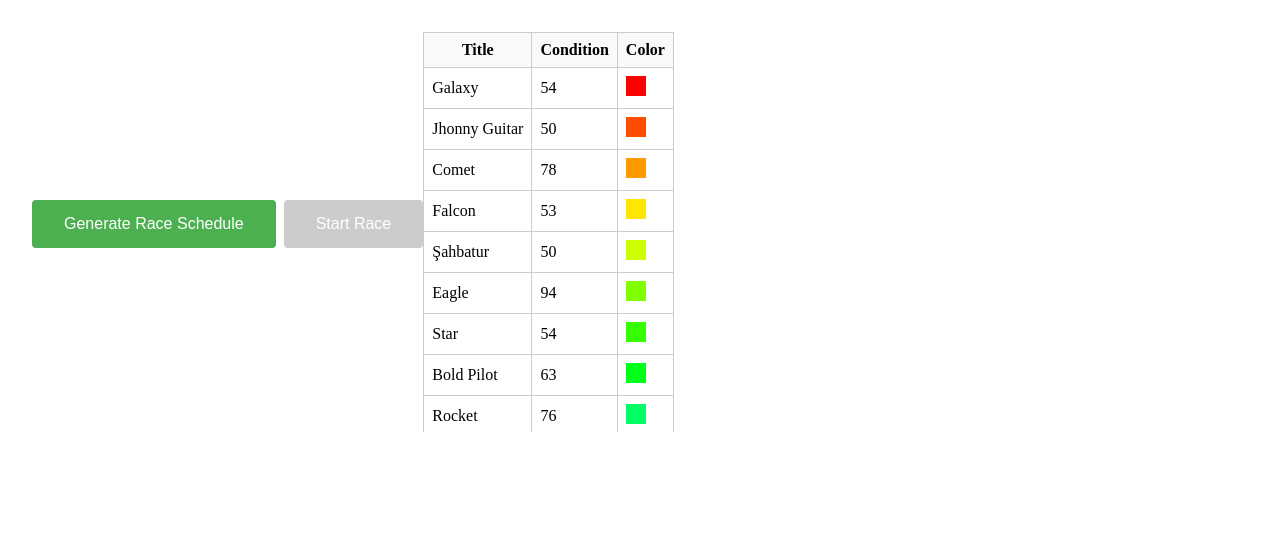
Repository: akinankarali/horse-racing-game
Page: /
An editor plug-in stored every save of this project. The page is shown before and after the next save, followed by the edit.
The browser window is 1280 px wide. The pictures show the whole page.
The project was rebuilt for these pictures with package versions that can differ from the ones it lists, and the page was loaded fresh each time. The framework's server and built-in components were replaced by stand-ins that run in the browser. Also part of the build but not shown: nuxt.config.ts, components/Results.vue. Imported but missing from the stored project, and not drawn on this page: store/setting.

Above is the page before, as saved 2024-06-09 21:14:08.

After the next save:
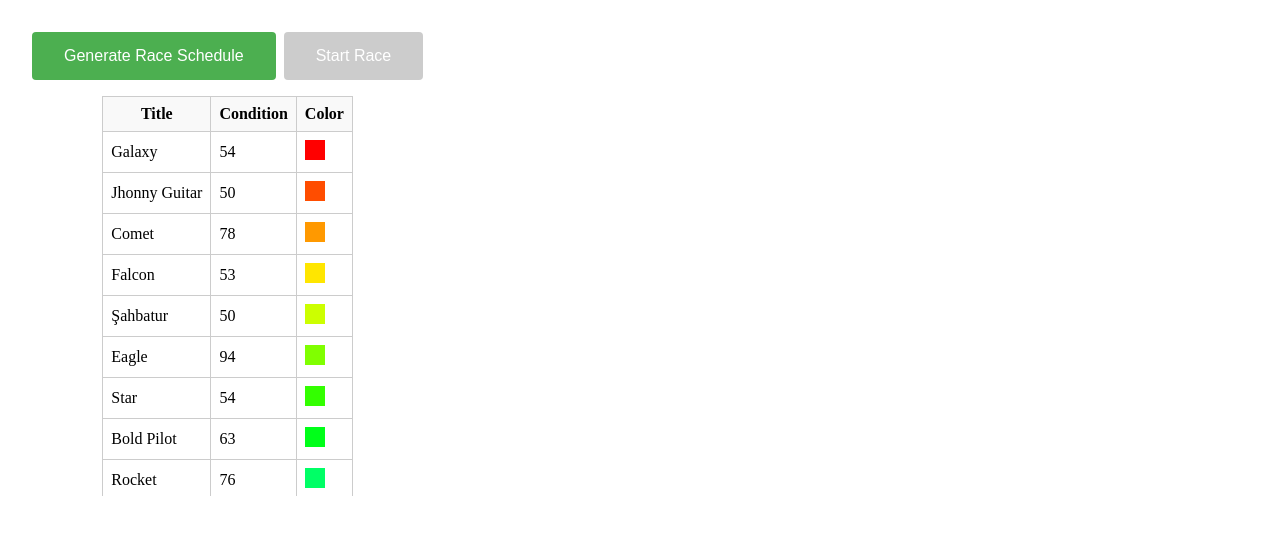
Saved 10 s later.
--- a/components/Race.vue
+++ b/components/Race.vue
@@ -56,6 +56,7 @@ export default {
 <style scoped lang="scss">
 .race {
   display: flex;
+  flex-direction: column;
   align-items: center;
 }
 .horse-list {
